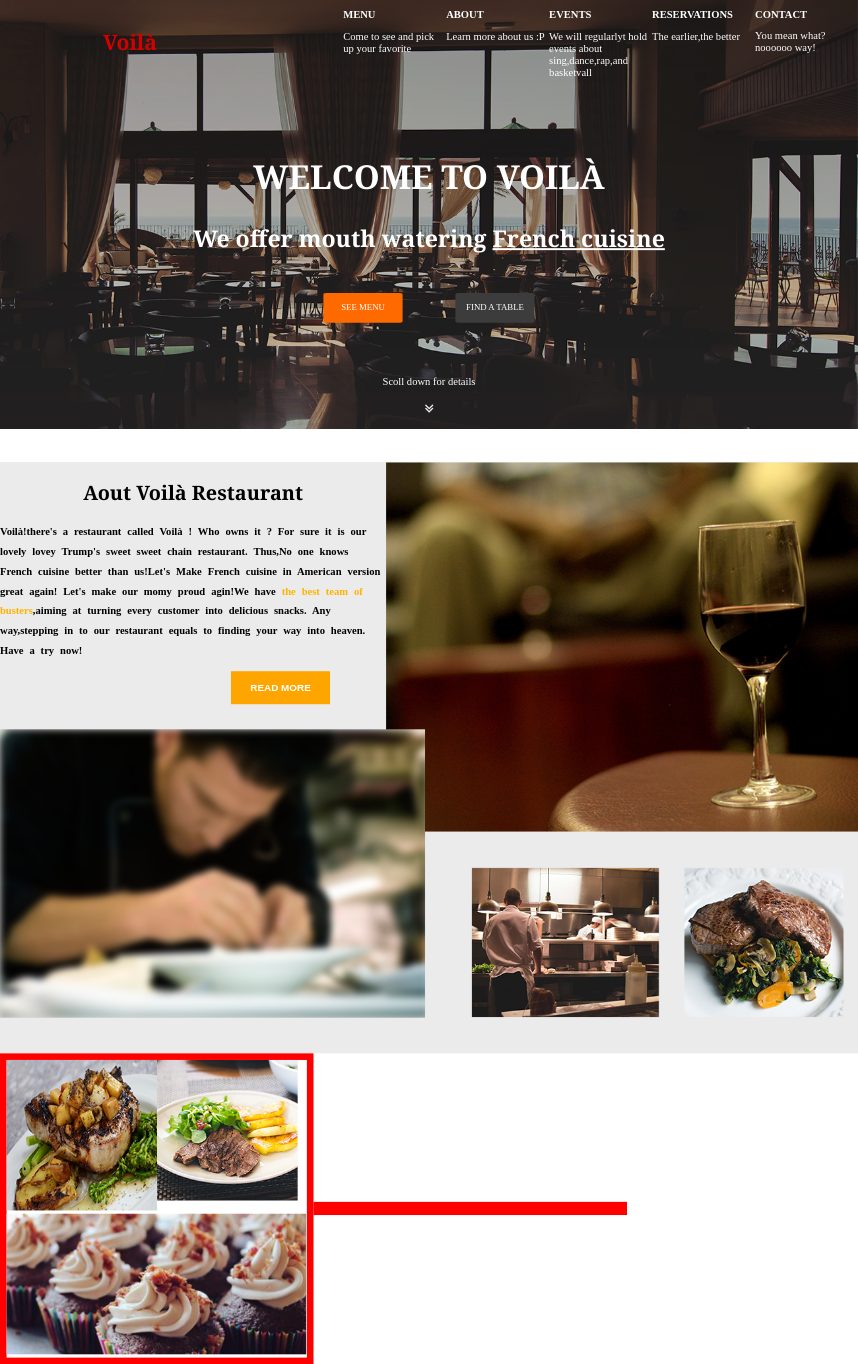
Repository: sis-shen/HTML_vsc
Page: adc_v2/index.html
An editor plug-in stored every save of this project. The page is shown before and after the next save, followed by the edit.
The browser window is 1280 px wide. The page is 1300 px wide, so the pictures cover 1300 px, including what lies to the right of the window. The pictures show the whole page, at 66% of full size.

Above is the page before, as saved 2023-08-17 09:07:51.

### adc_v2/index.html
<!DOCTYPE html>
<html lang="zh-CN">
<head>
    <meta charset="UTF-8">
    <meta name="viewport" content="width=device-width, initial-scale=1.0">
    <title>王八餐厅</title>
    <link rel="stylesheet" href="style.css">
    <link rel="shotcut icon" href="img/王者.png">
</head>
<body>
    <div class="top-box">
        <div class="nav">
            <div class="t-left"><h1>Voilà </h1></div>

            <div class="t-right">
                <div class="nav-box"><a href="menu.html" target="_blank"><h2>MENU</h2></a>
                    <p>Come to see and pick up your favorite</p></div>
                <div class="nav-box"> <a href="about.html" target="_blank"><h2>ABOUT</h2></a>
                    <p>Learn more about us :P</p></div>
                <div class="nav-box"><a href="events.html" target="_blank"><h2>EVENTS</h2></a>
                    <p>We will regularlyt hold events about sing,dance,rap,and basketvall</p></div>
                <div class="nav-box"> <a href="restaurants.html" target="_blank"><h2>RESERVATIONS</h2></a>
                    <p>The earlier,the better</p></div>
                <div class="nav-box"><a href="contact.html" target="_blank"><h2>CONTACT</h2></a>
                    You mean what?noooooo way!</div>
            </div>
        </div>

        <h1 id="wel">WELCOME TO VOILÀ</h1>
        <h3>We offer mouth watering <u>French cuisine</u></h3>

        <div class="button-box">
            <div class="b-left">
                <a href="menu.html" target="_blank"><button>SEE MENU</button></a>
            </div>
            <div class="b-right">
                <a href="table.index" target="_blank"><button>FIND A TABLE</button></a>
            </div>
        </div>

        <h4>Scoll down for details</h4>

        <div class="down-arrow">
            <img src="img/down-arrow-icon.png" alt="">

        </div>
    </div>

    <!-- =============================================== -->

    <div class="top2-box">
        <div class="up-box">
            <div class="up-left">
                <h2>Aout Voilà Restaurant</h2>
                <p>Voilà!there's a restaurant called Voilà ! Who owns it ? For sure it is our lovely lovey Trump's sweet sweet chain restaurant. Thus,No one knows French cuisine better than us!Let's Make French cuisine in American version great again! Let's make our momy proud agin!We have <a href="https://g.nga.cn/read.php?tid=22017775&rand=757" target="_blank"> the best team of busters</a>,aiming at turning every customer into delicious snacks. Any way,stepping in to our restaurant equals to finding your way into heaven. Have a try now!</p>

                <a href="about.index" target="_blank"><button>READ MORE</button></a>

            </div>

            <div class="up-right">
                <img src="img/glass of wine.png" alt="">
            </div>
        </div>
        <div class="down-box">
            <div class="down-left"><img src="img/Eric-McGregor-flickr.png" alt="eric"></div>
            <div class="down-right">
                <div class="left"><img src="img/Restaurant kitchen.png" alt=""></div>
                <div class="right"><img src="img/foodiesfeed.com_excelent-beef-steak-vegetables.png" alt=""> </div>
            </div>

        </div>
    </div>

    <!-- =========================================== -->

    <div class="cuisine-box">
        <div class="left-dish-box">
            <div class="uper">
                <div class="left"><img src="img/Steak and vegetables - Foodies Feed.png" alt="" ></div>
                <div class="right"> <img src="img/Beef-steak-pineapple-salad Foodies Feed.png" alt=""></div>

            </div>
            <div class="downer">
                <img src="img/Cup cakes.png" alt="">
            </div>
        </div>

        <div class="right-p"></div>


    </div>



</body>
</html>

### adc_v2/style.css

body {
    box-sizing: border-box;
    font-family:Georgia, 'Times New Roman', Times, serif;

    width: 1300px;

    margin: 0 auto;

}

.clear-fix{
    clear: both;
}

/* =======top-box===== */

.top-box{
    margin:auto;

    width: 1300px;
    height: 650px;
    background-image: url("img/top.png");
    background-repeat: no-repeat;

    /* border: red solid 10px; */

}

.nav {
    width: 100%;
    height: 200px;
    /* background-color: rgba(0, 255, 255, 0.207); */
    display: flex;
}

.t-left{
    height:100%;
    width: 40%;
    /* background-color: rgba(255, 0, 0, 0.236); */
}

.t-right{
    display: flex;
    height: 100%;
    width:60%;
    font-family: 微软雅黑;
}

.nav-box{
    width: 20%;
    height: 100%;
    /* background-color: rgba(255, 255, 0, 0.149); */
    color: #fff;
}

.nav-box a{
    text-decoration: none;
    color: #fff;
}

.top-box h2{
    font-size:medium
}

.t-left h1{
    color:rgb(212, 0, 0);
    position: relative;
    left:30%;
    top:20px;
}

#wel{
    text-align: center;
    color: #fff;

    font-size: 50px;
}

.top-box h3{
    text-align: center;
    color: #fff;
    font-size: 35px;
}

.button-box{
    display: flex;
    align-items: center;
    justify-content: center;
    margin-top: 60px;
}

.button-box button{
    width: 120px;
    height: 45px;
    margin-inline: 40px;
    font-family: 微软雅黑;
    color: #fff;
}

.b-left button{
    background-color: rgb(255, 106, 0);
    border: 0;
    border-radius: 5%;
}

.b-left button:hover{
    background-color: rgb(205, 85, 0);

}

.b-right button{
    background-color: rgb(60, 60, 60);
    border: 0;
    border-radius: 5%;

}

.b-right button:hover{
    background-color: rgb(35, 35, 35);

}

.top-box h4{
    text-align: center;
    color: #fff;
    font-family: 微软雅黑;
    font-weight:normal;
    margin-top: 80px;
}


.down-arrow {
    text-align: center;
}



/* ===========top2-box============== */

.top2-box{
    background-color: #ebebeb;
    padding-bottom: 50px;
}

.top2-box .up-box
{

    margin-top: 50px;
    display: flex;

    /* border: red solid 10px; */
}

.top2-box .up-left{
    width: 45%;
    min-height: 200px;

    /* border: red solid 10px; */

}

.top2-box .up-right{
    width: 55%;
    min-height: 200px;
}

.up-right img{
    width: 100%;
}

.up-left h2{
    text-align: center;
    font-size: 30px;
}

.up-left p{
    line-height: 30px;
    word-spacing: 5px;
    font-family: 微软雅黑;
    font-weight: bold;
}

.up-left p a {
    text-decoration: none;
    color: rgb(255, 179, 0);
}

.up-left p a:hover{
    color: rgb(193, 135, 0);

}

.up-left button{
    background-color:orange;
    height: 50px;
    width:150px;
    color: #fff;
    font-size: 15px;
    font-weight: bold;
    border: 0;
    margin-left: 350px;
}

.up-left button:hover{
    background-color:rgb(213, 139, 0);

}

.down-box{
    display: flex;
}



.down-right{
    margin-top: 50px;
    width: 45%;
    /* border: red solid 10px; */
    display: flex;

}

.down-right .left{
    width: 45%;
    /* margin-left:5%; */
    margin-right: 10%;
    /* border: red solid 10px; */

}

.down-right .right{
    width: 45%;
    /* border: red solid 10px; */

}

.down-left{
    width: 55%;
    max-height: 250px;
}

.down-left img{
    width: 90%;
    position: relative;
    top:-10em
}

.cuisine-box {
    width: 100%;

    display: flex;
    align-items: center;

    .left-dish-box{
        width: 455px;
        border: red solid 10px;


        .uper{
            display: flex;
            margin: 0;

            .left{
                width: 50%;

                img{
                    width: 100%;
                }
            }

            .right{
                width: 50%;
            }
        }

        .downer{

        }

    }

    .right-p{
        width: 455px;
        border: red solid 10px;

    }
}

After the next save:
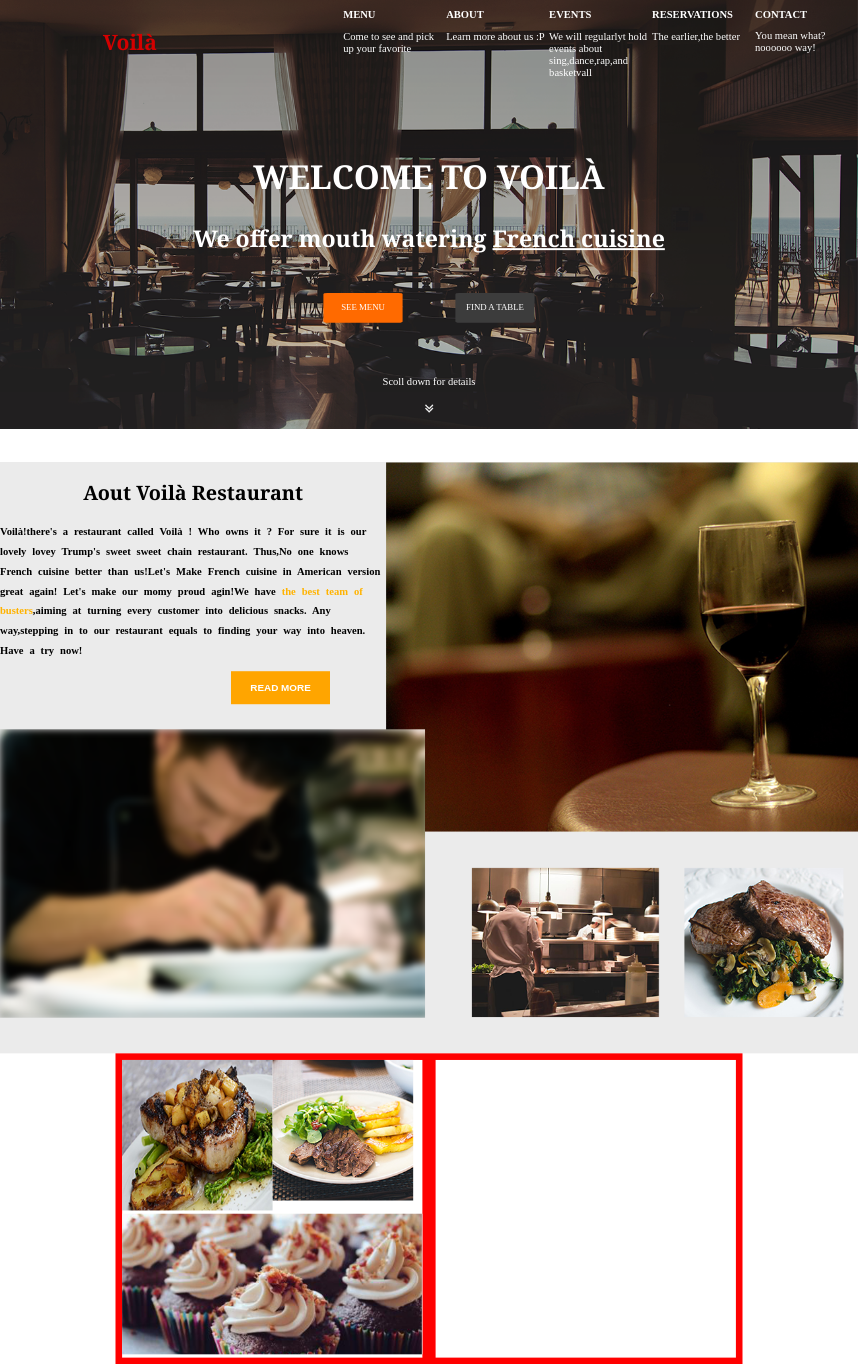
Saved 16 s later.
--- a/adc_v2/style.css
+++ b/adc_v2/style.css
@@ -250,7 +250,7 @@ body {
     width: 100%;
 
     display: flex;
-    align-items: center;
+    justify-content: center;
 
     .left-dish-box{
         width: 455px;
